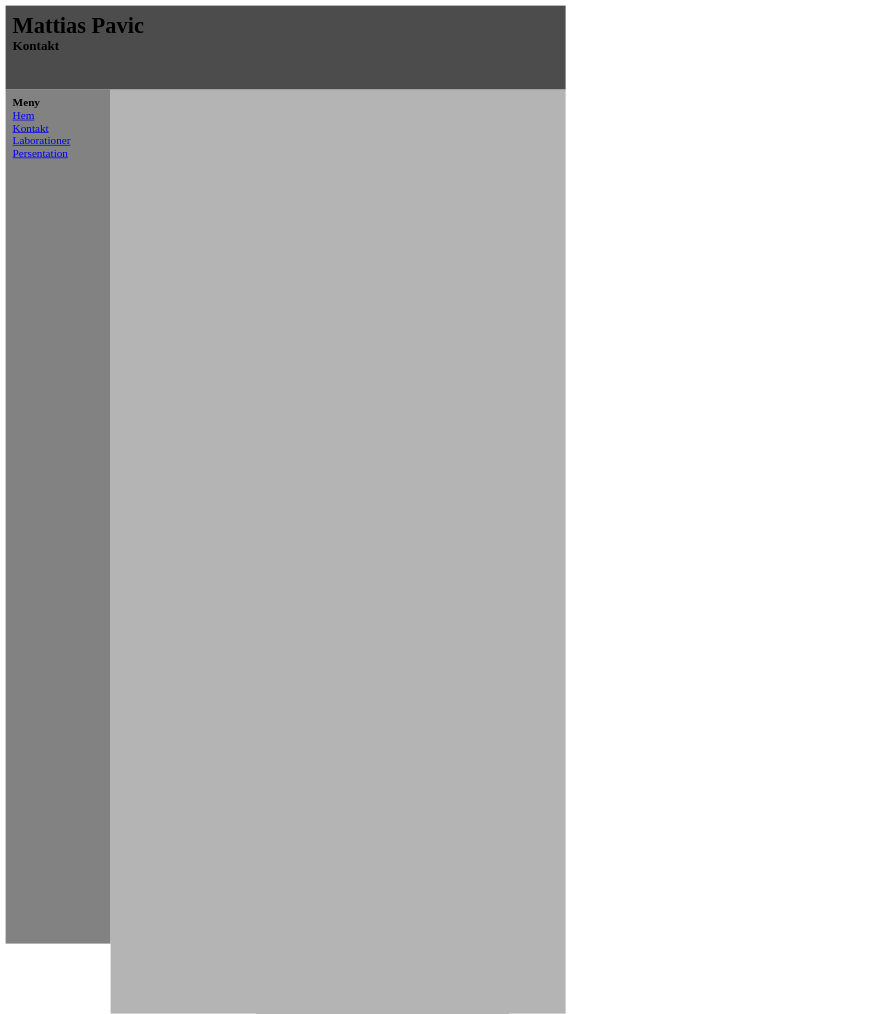
Repository: mp222sf/1ik415-laborationer
Page: pages/kontakt.html
The author's editor kept a record of every edit. The page is drawn from the files as they stood at one moment, then again after the next edit.
The browser window is 1280 px wide. The pictures show the part of the page from y = 0 to 1920 px (the page is 1448 px tall before and 2768 px after), at 70% of full size.

Above is the page before.

After the next edit:
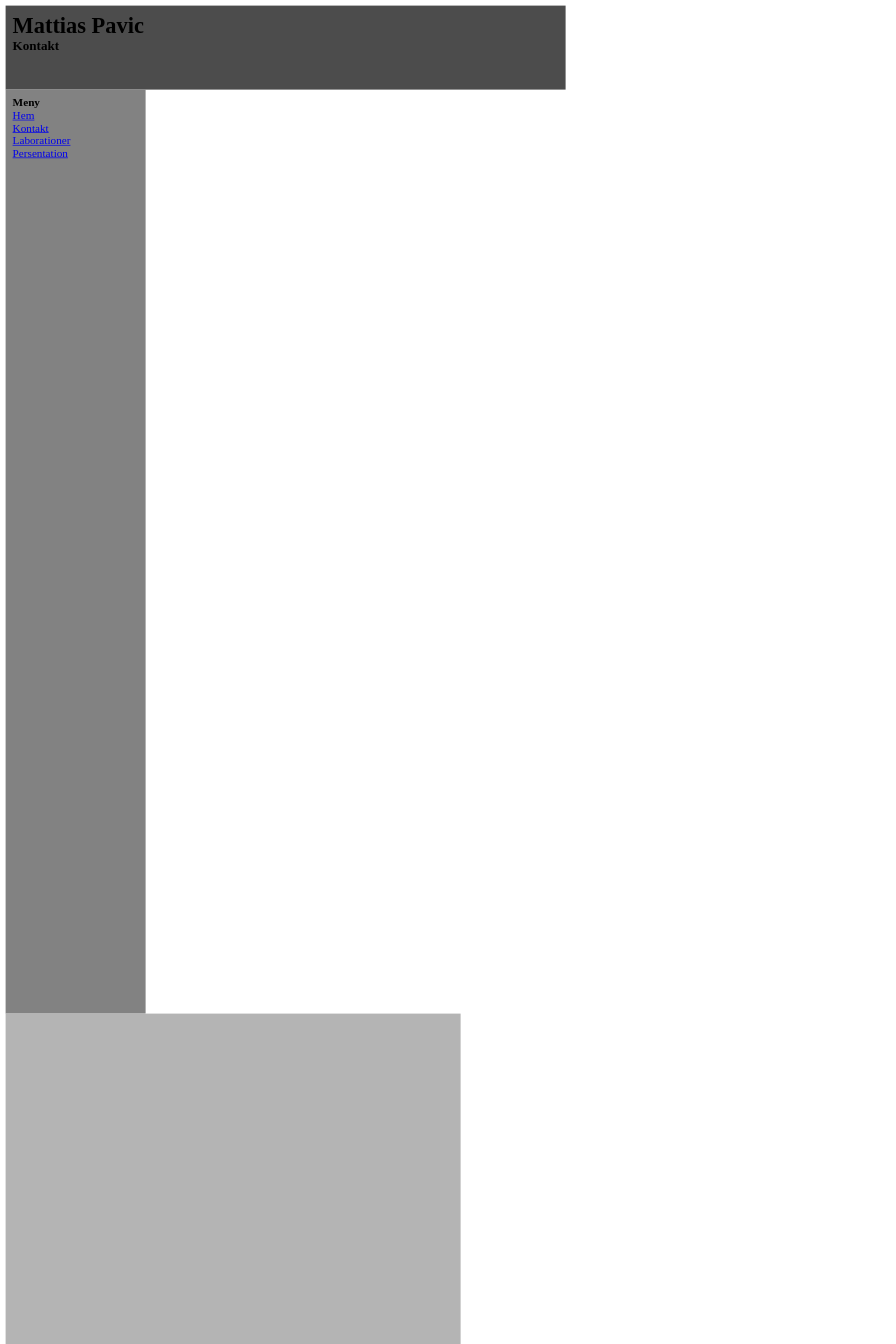
The edit:
--- a/pages/kontakt.html
+++ b/pages/kontakt.html
@@ -11,7 +11,7 @@
 <h1 style="margin: 0;">Mattias Pavic</h1>
 <h3 style="margin: 0;">Kontakt</h3>
 </div>
-<div id="menu" style="padding: 10px;background-color:#828282;height:1200px;width:130px;float:left;">
+<div id="menu" style="padding: 10px;background-color:#828282;height:1300px;width:180px;float:left;">
 <h4 style="margin: 0;">Meny</h4>
 <a href="../index.html">Hem</a><br>
 <a href="kontakt.html">Kontakt</a><br>
